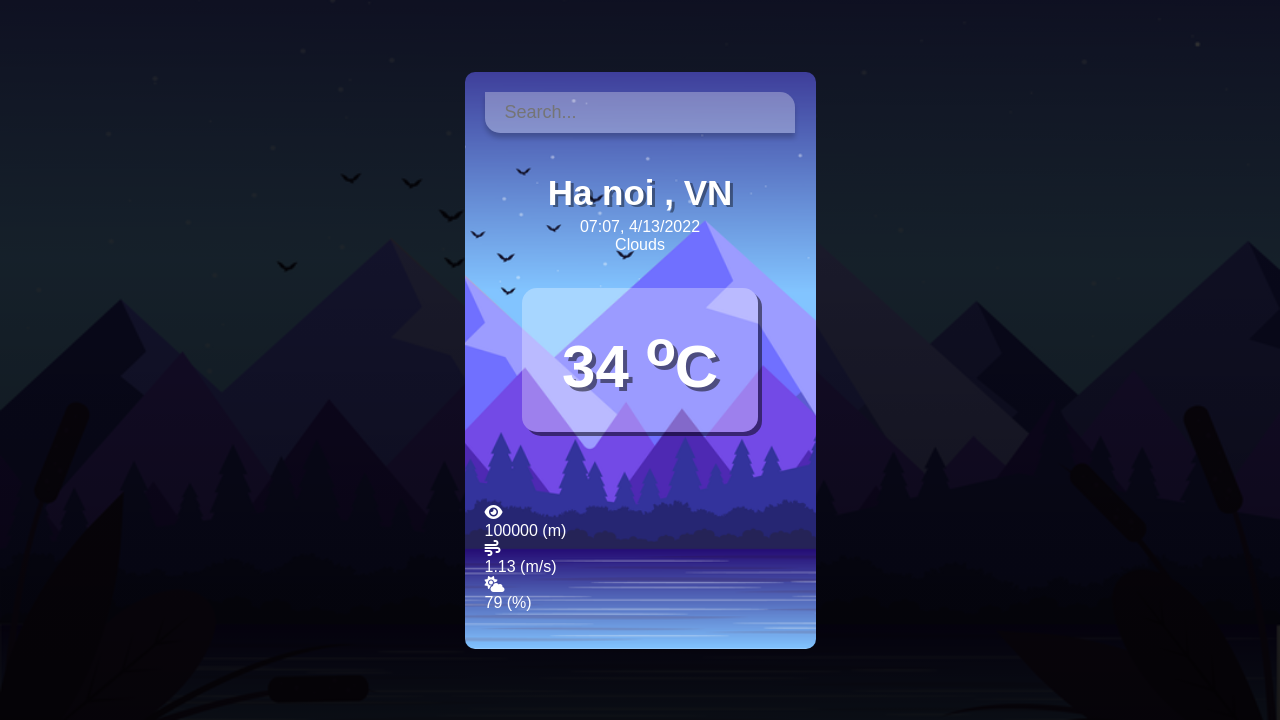
Repository: nganha241/weather-app
Page: index.html
The author's editor kept a copy of each file at every save. The page is drawn from the files as they stood at one save, then again after the next save.
The browser window is 1280 px wide. The pictures show the whole page.
Some web libraries are served in a nearby version.

Above is the page before, as saved 2022-04-13 09:48:14.

### index.html
<!DOCTYPE html>
<html lang="en">
  <head>
    <meta charset="UTF-8" />
    <meta http-equiv="X-UA-Compatible" content="IE=edge" />
    <meta name="viewport" content="width=device-width, initial-scale=1.0" />
    <title>Document</title>
    <link rel="stylesheet" href="./style.css" />
  </head>
  <body>
    <div id="weather">
      <div class="header">
        <input type="text" placeholder="Search..." />
      </div>
      <div class="content">
        <div class="city">Ha noi , <span class="country">VN</span></div>
        <div class="time">07:07, <span class="date">4/13/2022</span></div>
        <div class="deg">
          <p>34 <sup>o</sup> C</p>
        </div>
        <div class="status">Clouds</div>
      </div>
      <div class="footer">
        <div class="detail">
          <div class="distance">
            <div><i class="fa-solid fa-eye"></i></div>
            <div>100000 <span>(m)</span></div>
          </div>
          <div class="speed">
            <div><i class="fa-solid fa-wind"></i></div>
            <div>1.13 <span>(m/s)</span></div>
          </div>
          <div class="humidity">
            <div><i class="fa-solid fa-cloud-sun"></i></div>
            <div>79 <span>(%)</span></div>
          </div>
        </div>
      </div>
    </div>
    <script
      src="https://kit.fontawesome.com/ae971d7ee0.js"
      crossorigin="anonymous"
    ></script>
    <script src="./main.js"></script>
  </body>
</html>

### style.css
* {
    padding: 0;
    margin: 0;
    box-sizing: border-box;
}

body {
    font-family: sans-serif;
    height: 100vh;
    display: flex;
    justify-content: center;
    align-items: center;
    background: linear-gradient(to top, rgba(0, 0, 0, 0.9), rgba(0, 0, 0, 0.8)), url(./img1.png) no-repeat center/cover;
    color: #fff;
}

#weather {
    padding: 20px;
    width: 351px;
    height: 577px;
    border: none;
    border-radius: 10px;
    background: url(./img1.png) no-repeat center/cover;
    position: relative;
}

.header input{
    width: 310px;
    height: 41px;
    border-radius: 0px 15px 0px 15px;
    border: none;
    background: rgba(255, 255, 255, 0.3);
    box-shadow: 0px 5px 5px rgba(0, 0, 0, 0.2);
    outline: none;
    font-size: 18px;
    padding: 0 20px;
    transition: 0.4s;
}

.header input:focus {
    border-radius: 15px 0px 15px 0px;
    background: rgba(255, 255, 255, 0.7);
}

.content {
    margin-top: 40px;
    text-align: center;
}

.city {
    font-size: 35px;
    font-weight: 600;
    text-shadow: 3px 2px rgba(0, 0, 0, 0.4);
}

.time {
    margin-top: 5px;
}

.deg {
    width: 236px;
    height: 144px;
    border-radius: 15px;
    background: rgba(255, 255, 255, 0.3);
    box-shadow: 4px 4px rgba(0, 0, 0, 0.5);
    position: fixed;
    top: 50%;
    left: 50%;
    transform: translate(-50%, -50%);
    display: flex;
    justify-content: center;
    align-items: center;
}

.deg p {
    font-size: 60px;
    font-weight: 800;
    text-shadow: 4px 4px rgba(0, 0, 0, 0.5) ;
}

.deg p sup {
    margin-right: -18px;
}

.footer {
    margin-top: 250px;

}

Loaded but not shown: main.js (no copy from this time; the picture is the same without it)

After the next save:
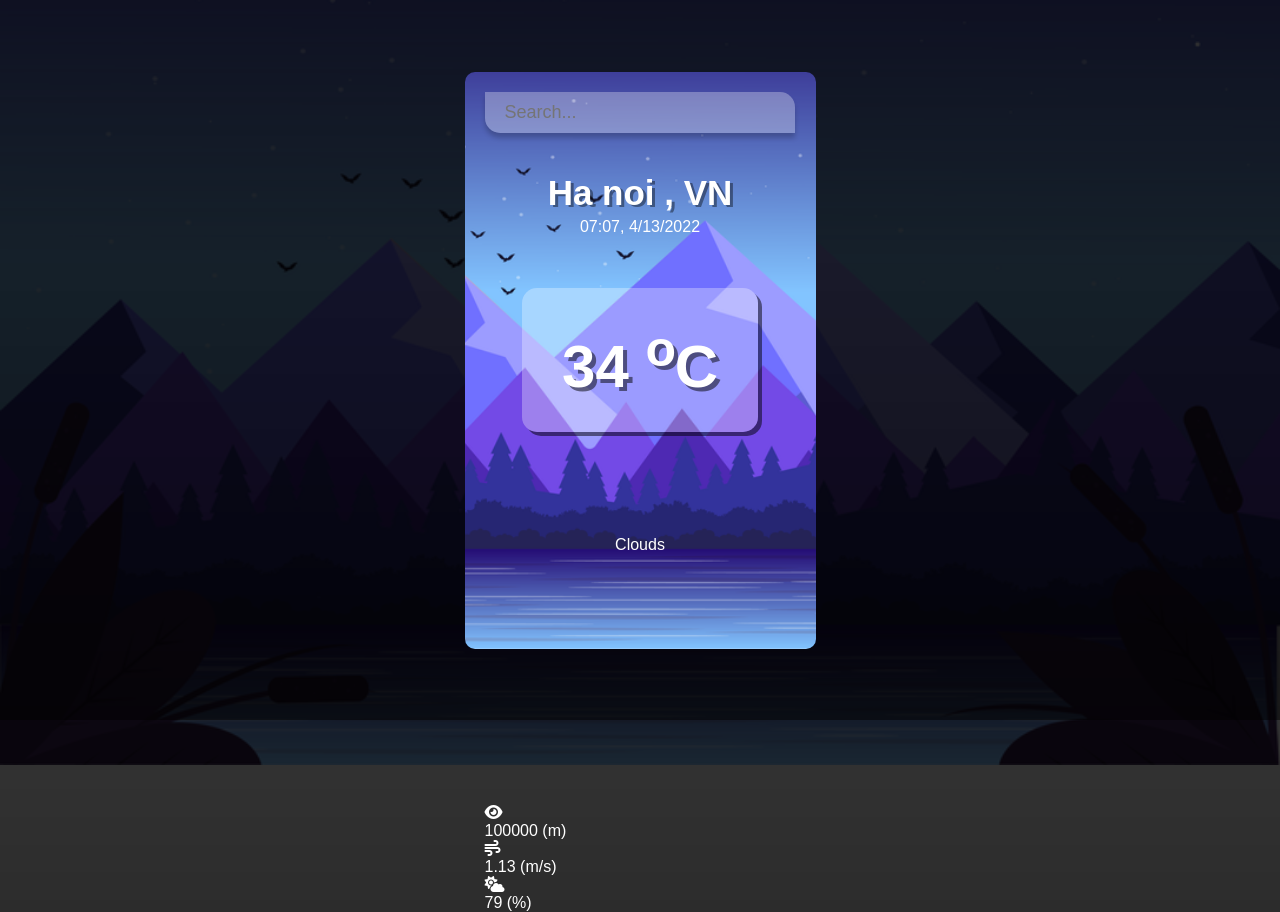
Saved 38 s later.
--- a/style.css
+++ b/style.css
@@ -82,6 +82,10 @@ body {
     margin-right: -18px;
 }
 
+.status {
+    margin-top: 300px;
+}
+
 .footer {
     margin-top: 250px;
 
